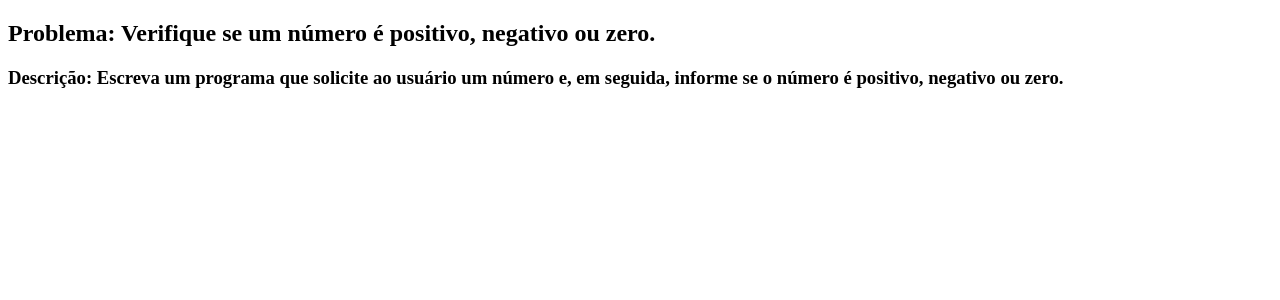
Repository: geracao-09/exercicios-logica
Page: index.html
The author's editor kept a copy of each file at every save. The page is drawn from the files as they stood at one save, then again after the next save.
The browser window is 1280 px wide. The pictures show the whole page.

Above is the page before, as saved 2025-04-29 08:31:48.
Console error: TypeError: answer0.innerHTML is not a function

### index.html
<!DOCTYPE html>
<html lang="en">
<head>
    <meta charset="UTF-8">
    <meta name="viewport" content="width=device-width, initial-scale=1.0">
    <title>Document</title>
</head>
<body>
    <main>
        <h2>Problema: Verifique se um número é positivo, negativo ou zero.
        </h2>
        <h3>
            Descrição: Escreva um programa que solicite ao usuário um número e, em seguida, informe se o número é positivo, negativo ou zero.
        </h3>
        <h4 id="answer0">

        </h4>
    </main>
    <script src="app.js"></script>
</body>
</html>

### app.js
const answer0 = document.getElementById("answer0");

answer0.innerHTML("Hello World")

After the next save:
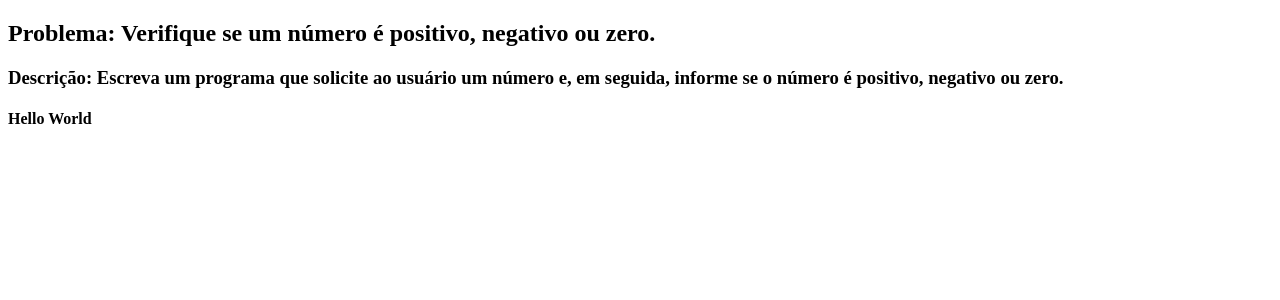
The error is gone.
Saved 24 s later.
--- a/app.js
+++ b/app.js
@@ -1,3 +1,3 @@
 const answer0 = document.getElementById("answer0");
 
-answer0.innerHTML("Hello World")
+answer0.innerHTML = "Hello World";
